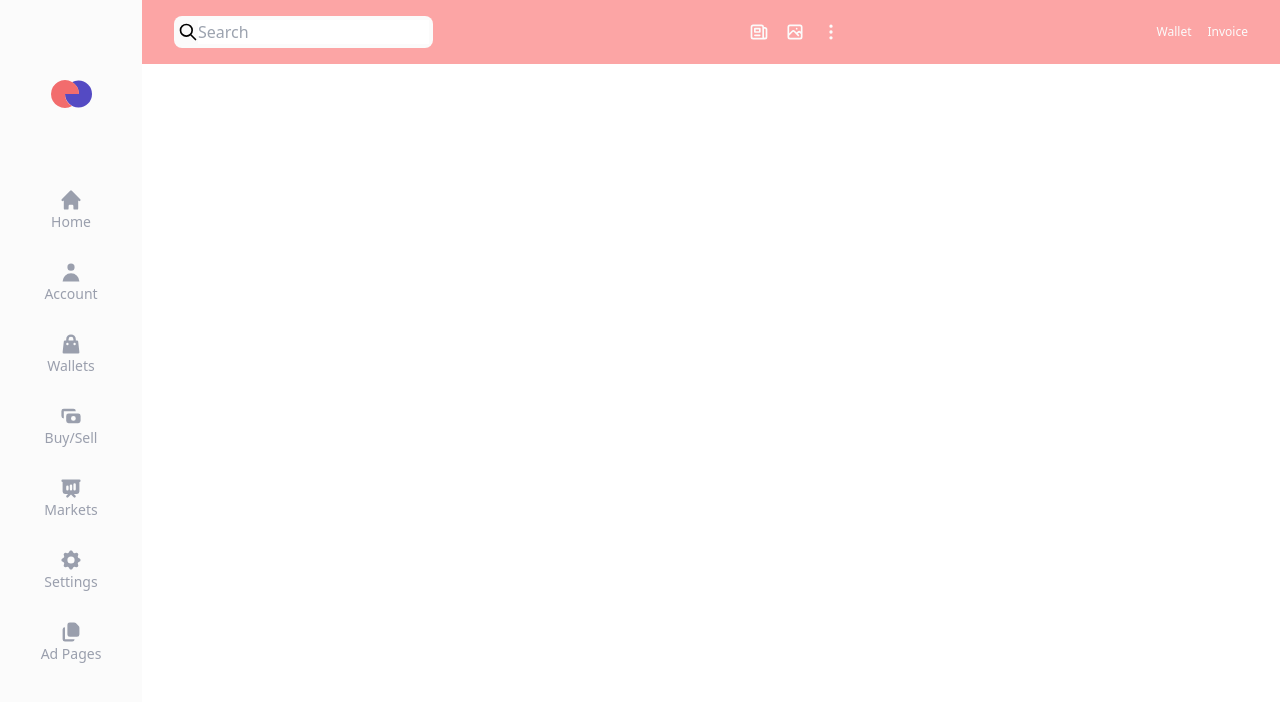
Repository: almaqdad55/crypto-app-nextjs
Page: /
These files come from the project's save history. The page is drawn as it stood at one moment and after the next save; the edit follows.
The browser window is 1280 px wide. The pictures show the whole page.
The project was rebuilt for these pictures with package versions that can differ from the ones it lists, and the page was loaded fresh each time. The framework's server and built-in components were replaced by stand-ins that run in the browser.

Above is the page before, as saved 2022-01-04 20:07:31.

After the next save:
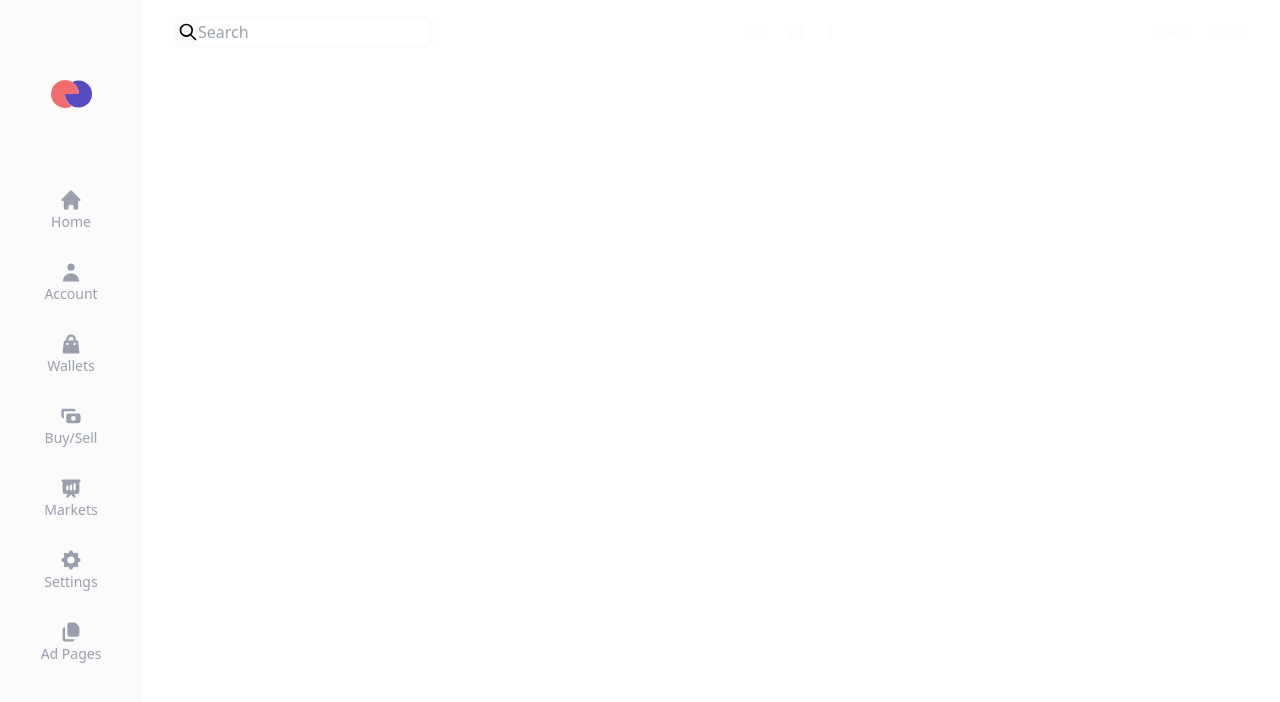
Saved 6 s later.
--- a/components/Feed.jsx
+++ b/components/Feed.jsx
@@ -9,7 +9,7 @@ import {
 const Feed = () => {
   return (
     <div className=" flex-grow  ">
-      <div className="flex items-center bg-red-300 justify-between py-4 px-8">
+      <div className="flex items-center  justify-between py-4 px-8">
         <div className="flex items-center bg-[#fbfbfb] rounded-lg p-1">
           <SearchIcon className="h-5" />
           <input type="text" placeholder={`Search`} className="outline-none" />
